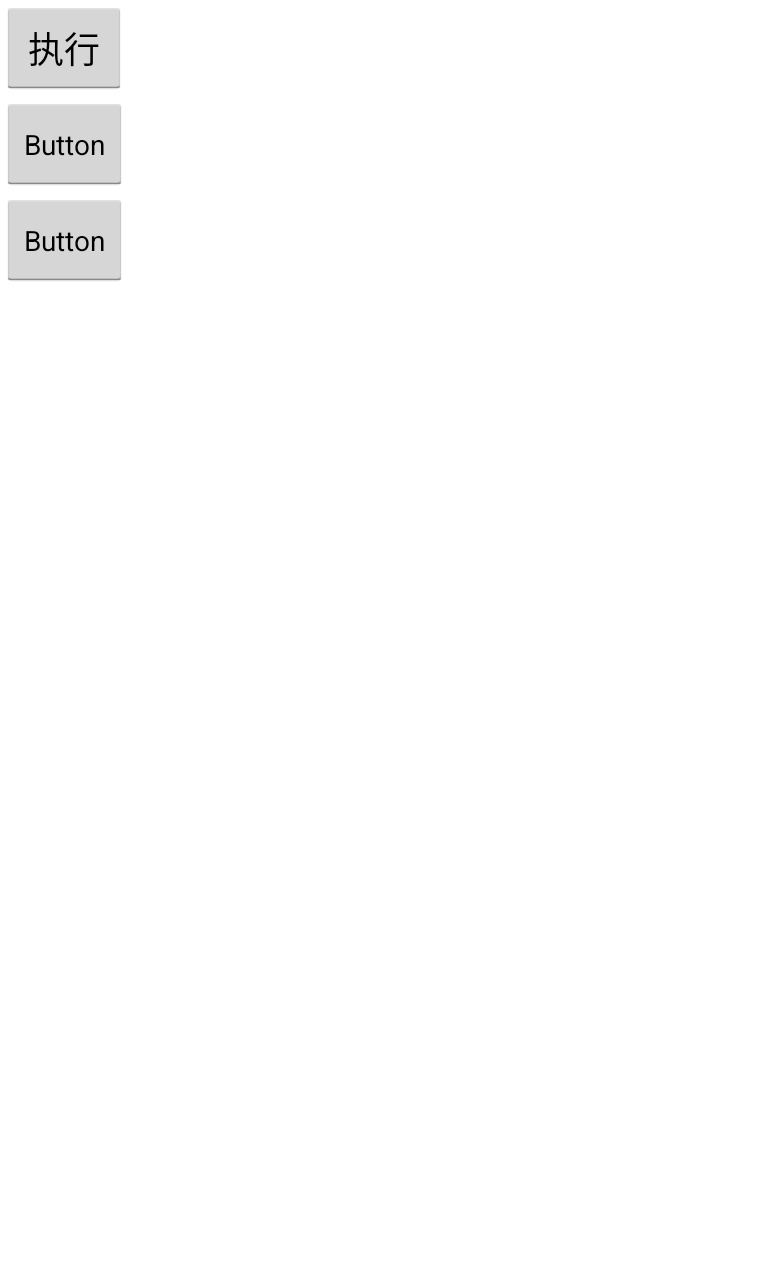
Repository: IvyZh/hm66
Layout: 黑马基础项目/res/layout/activity_fragment.xml
An editor plug-in stored every save of this project. The layout is shown before and after the next save, followed by the edit.
It is drawn on a 768 x 1280 px phone screen (xhdpi) without system bars, with theme AppTheme; the app's code is not run.

Above is the layout before, as saved 2016-05-29 17:00:16.

### 黑马基础项目/res/layout/activity_fragment.xml
<LinearLayout xmlns:android="http://schemas.android.com/apk/res/android"
    xmlns:tools="http://schemas.android.com/tools"
    android:layout_width="match_parent"
    android:layout_height="match_parent"
    android:orientation="vertical" >

    <Button
        android:id="@+id/bt"
        android:layout_width="wrap_content"
        android:layout_height="wrap_content"
        android:onClick="click"
        android:text="执行" />

    <Button
        android:id="@+id/button1"
        style="?android:attr/buttonStyleSmall"
        android:layout_width="wrap_content"
        android:layout_height="wrap_content"
        android:onClick="click1"
        android:text="Button" />

    <Button
        android:id="@+id/button2"
        style="?android:attr/buttonStyleSmall"
        android:layout_width="wrap_content"
        android:layout_height="wrap_content"
        android:onClick="click2"
        android:text="Button" />

    <FrameLayout
        android:id="@+id/frame_id"
        android:layout_width="match_parent"
        android:layout_height="match_parent" >
    </FrameLayout>

</LinearLayout>

Loaded but not shown: 黑马基础项目/res/values/styles.xml (common file); 黑马基础项目/res/values-v11/styles.xml (common file); 黑马基础项目/res/values-v14/styles.xml (common file)

After the next save:
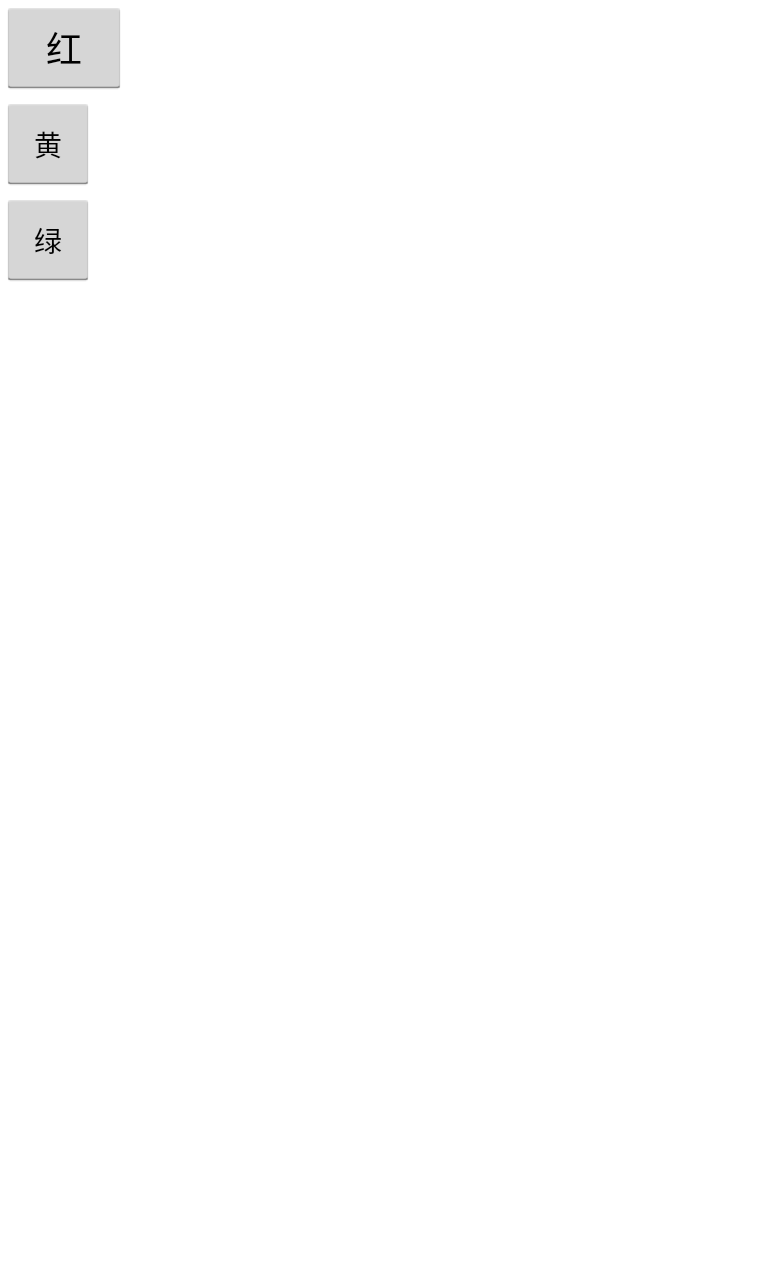
Saved 25 s later.
--- a/黑马基础项目/res/layout/activity_fragment.xml
+++ b/黑马基础项目/res/layout/activity_fragment.xml
@@ -9,7 +9,7 @@
         android:layout_width="wrap_content"
         android:layout_height="wrap_content"
         android:onClick="click"
-        android:text="执行" />
+        android:text="红" />
 
     <Button
         android:id="@+id/button1"
@@ -17,7 +17,7 @@
         android:layout_width="wrap_content"
         android:layout_height="wrap_content"
         android:onClick="click1"
-        android:text="Button" />
+        android:text="黄" />
 
     <Button
         android:id="@+id/button2"
@@ -25,7 +25,7 @@
         android:layout_width="wrap_content"
         android:layout_height="wrap_content"
         android:onClick="click2"
-        android:text="Button" />
+        android:text="绿" />
 
     <FrameLayout
         android:id="@+id/frame_id"
